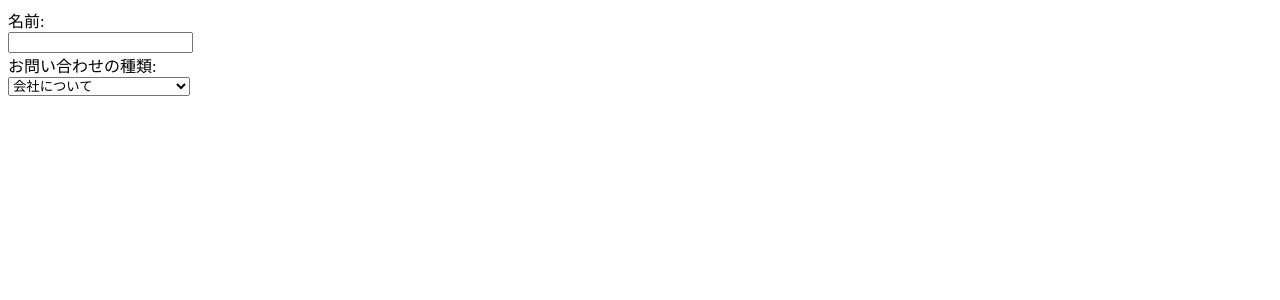
Repository: Hiramatsu12345/test
Page: http://localhost/HelloServlet/inquiry.jsp
An editor plug-in stored every save of this project. The page is shown before and after the next save, followed by the edit.
The browser window is 1280 px wide. The pictures show the whole page.
The page is served by Tomcat 9. Other server files are loaded and not shown.

Above is the page before, as saved 2018-05-30 05:33:58.

### HelloServlet/WebContent/inquiry.jsp
<%@ page language="java" contentType="text/html; charset=UTF-8"
    pageEncoding="UTF-8"%>
<!DOCTYPE html PUBLIC "-//W3C//DTD HTML 4.01 Transitional//EN" "http://www.w3.org/TR/html4/loose.dtd">
<html>
<head>
<meta http-equiv="Content-Type" content="text/html; charset=UTF-8">
<title>お問い合わせフォーム</title>
</head>
<body>

	<form method="post" action="InquiryServlet">
		名前:<br><input type="text" name="name"><br>
		お問い合わせの種類:<br><select name="qtype">
			<option value="company">会社について</option>
			<option value="product">製品について</option>
			<option value="support">アフターサポートについて</option>

</body>
</html>

After the next save:
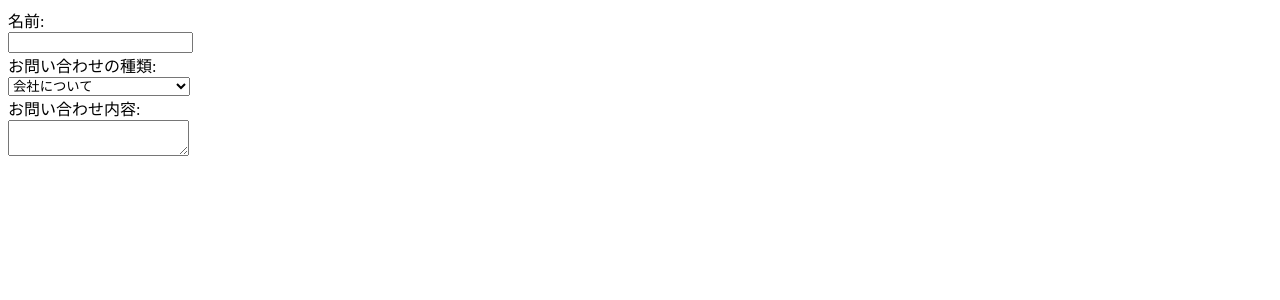
Saved 79 s later.
--- a/HelloServlet/WebContent/inquiry.jsp
+++ b/HelloServlet/WebContent/inquiry.jsp
@@ -14,6 +14,9 @@
 			<option value="company">会社について</option>
 			<option value="product">製品について</option>
 			<option value="support">アフターサポートについて</option>
+		</select><br>お問い合わせ内容:<br>
+		<textarea name="body">
+	</textarea>
 
 </body>
 </html>
